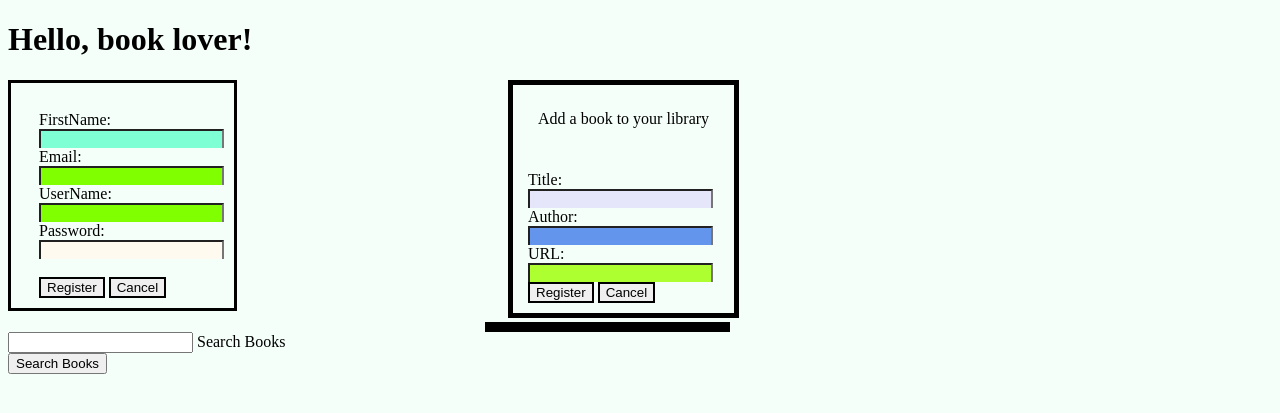
Repository: IuliaGusatu/cloudcomputingProjectSIMPREGusatuIulia
Page: environment/frontend/index.html
The author's editor kept a record of every edit. The page is drawn from the files as they stood at one moment, then again after the next edit.
The browser window is 1280 px wide. The pictures show the whole page.
The page's requests for data from a server got no answer.

Above is the page before.

### environment/frontend/index.html

<!DOCTYPE html>
<html style="background-color: mintcream;">
    <head>

        <title>BooksMania</title>
    </head>
    <body>
        <h1>Hello, book lover!</h1>
        <div style ="display: inline-block">
            <div style ="float: left; padding-left: 45px; border: 3px;border-color: black;border-style: solid;">
        <form style="margin: 10px;margin-left: -17px;">
  <input type="hidden" name="id" id="id" /><br />
  FirstName:<br />
  <input type="text" name="firstName" id="firstName" style="background-color: aquamarine;border-block-end-style: initial"/><br />
  Email:<br />
  <input type="text" name="email" id="email" style="border-block-end-style: initial;background-color: chartreuse;"><br/>
  UserName:<br />
  <input type="text" name="userName" id="userName" style="background-color: chartreuse;border-block-end-style: initial"><br/>
  Password:<br />
  <input type="text" name="password" id="password" style="background-color: floralwhite; border-block-end-style: initial"><br/>
  <br/>
  <input type="submit" value="Register" style="border-style: solid; border-color: black;" onSubmit="saveUsers()">
  <input type="reset" value="Cancel" style="border-style: solid; border-color: black;">
</form>
</div>
<div style ="float: right; margin-left:271px; border-color:black ; border-padding: 10px; border: 5px; border-style: solid;">
   <p style=" margin:25px">Add a book to your library</p>
  <form style=" margin-left: 15px;"onSubmit="saveBooks(event)">
  <input type="hidden" name="id" id="id" /><br />
  Title:<br />
  <input type="text" name="title" id="title"   style="background-color: lavender;border-block-end-style: initial"/><br />
  Author:<br />
  <input type="text" name="author" id="author" style="background-color: cornflowerblue; border-block-end-style: initial"><br/>
  URL:<br />
  <input type="text" name="url" id="url" style="background-color: greenyellow;border-block-end-style: initial"><br/>
  <input type="submit" value="Register" style=" margin-bottom: 10px;border-style: solid;border-color: black;">
  <input type="reset" value="Cancel"style="border-style: solid;border-color: black;">
</form>
</div>
</div>
<div   onSubmit ="showBooks()"id ="table"style="border-color:black ; border-padding: 10px; border: 5px; border-style: solid; margin-right: 542px; margin-left: 477px;">

</div>
<div style ="display: inline-block">
<div id="search" >
		<form id="myform">
			<div >
				<input type="search" id="books">
				<label for="search">Search Books</label>
			</div>
			<button >Search Books</button>
		</form>
	</div>
	<div id="result">

	</div>
</div>
<script src="https://unpkg.com/axios/dist/axios.min.js"></script>
 <script
    src="https://code.jquery.com/jquery-3.3.1.min.js"
    integrity="sha256-FgpCb/KJQlLNfOu91ta32o/NMZxltwRo8QtmkMRdAu8="
    crossorigin="anonymous"></script>

<script>

    $(document).ready(function() {
        console.log('Hello from JQuery')
        showBooks()
    })
function showBooks() {
    axios.get('/books').then(function(results) {

        let html = ` <table style="width:500px;">
                <tr>
                    <th style="padding:10px">ID</th>
                    <th style="padding:10px">Title</th>
                    <th style="padding:10px">Author</th>
                    <th style="padding:10px">URL</th>

                </tr>`

        results.data.forEach(function(element) {
            html += `<tr>
                        <td>${element.id}</td>
                        <td>${element.title}</td>
                        <td>${element.author}</td>
                        <td>${element.url}</td>
                        <td>
                            <button onClick="editBooks(${element.id})" onClick="editBooks">Edit</button>
                            <button onClick="deleteBooks(${element.id})" onClick="deleteBooks">Delete</button>
                        </td>
                    </tr>`
        })

        html += `</table>`

        $('#table').html(html)
    }).catch(function(error) {
        console.log(error)
    })
}
function saveBooks(event) {
    event.preventDefault()

    let id = $('#id').val()
    let title = $('#title').val()
    let author = $('#author').val()
    let url = $('#url').val()

    if(id) {
        //make a request to PUT /messages/:id
  axios.put('/books/'+id, {
    title: title,
    author: author,
    url: url
}).then(function(result) {
    showBooks()
    $(event.target).trigger("reset")
}).catch(function(err) {
    alert('Resource could not be saved')
})
    } else {
        //make a request to POST /messages
axios.post('/books', {
    title: title,
    author: author,
    url: url
}).then(function(result) {
    showBooks()
    $(event.target).trigger("reset")
}).catch(function(err) {
    alert('Resource could not be saved')
})
    }

}

 function editBooks(id) {
    //get the values from the server
    axios.get('/books/'+id).then(function(result) {
        //display values in the form
        $('#id').val(result.data.id)
        $('#title').val(result.data.title)
        $('#author').val(result.data.author)
        $('#url').val(result.data.url)
    }).catch(function(err) {
        console.log(err)
        alert('Could not find resource')
    })
}

function deleteBooks(id) {
    axios.delete('/books/'+id).then(function(result) {
        showBooks()
    }).catch(function(err) {
        alert('Resource could not delete resource')
    })
}
function saveUsers(event) {
    event.preventDefault()

    let id = $('#id').val()
    let firstName = $('#firstName').val()
    let email = $('#email').val()
    let userName = $('#userName').val()
    let password = $('#password').val()
    if(id) {
        //make a request to PUT /messages/:id
  axios.put('/users/'+id, {
    firstName: firstName,
    email: email,
    userName: userName,
    password: password
}).then(function(result) {

    $(event.target).trigger("reset")
}).catch(function(err) {
    alert('Resource could not be saved')
})
    } else {
        //make a request to POST /messages
axios.post('/users', {
    firstName: firstName,
    email: email,
    userName: userName,
    password: password
}).then(function(result) {

    $(event.target).trigger("reset")
}).catch(function(err) {
    alert('Resource could not be saved')
})
    }

}


$(document).ready(function(){

   $("#myform").submit(function(){

   	  var search = $("#books").val();
   	  if(search == "")
   	  {
   	  	alert("Please enter something in the field");
   	  }
   	  else{
   	  var url = "";
   	  var img = "";
      var title = "";
      var author = "";

   	  $.get("https://www.googleapis.com/books/v1/volumes?q=" + search,function(response){

          for(i=0;i<response.items.length;i++)
          {
           title=$('<h5 >' + response.items[i].volumeInfo.title + '</h5>');
           author=$('<h5 > By:' + response.items[i].volumeInfo.authors + '</h5>');
           img = $('<img ><br><a href=' + response.items[i].volumeInfo.infoLink + '><button id="imagebutton" >Read More</button></a>');
           url= response.items[i].volumeInfo.imageLinks.thumbnail;
           img.attr('src', url);
           title.appendTo('#result');
           author.appendTo('#result');
           img.appendTo('#result');
          }
   	  });

      }
      return false;
   });

});

</script>


    </body>
</html>

After the next edit:
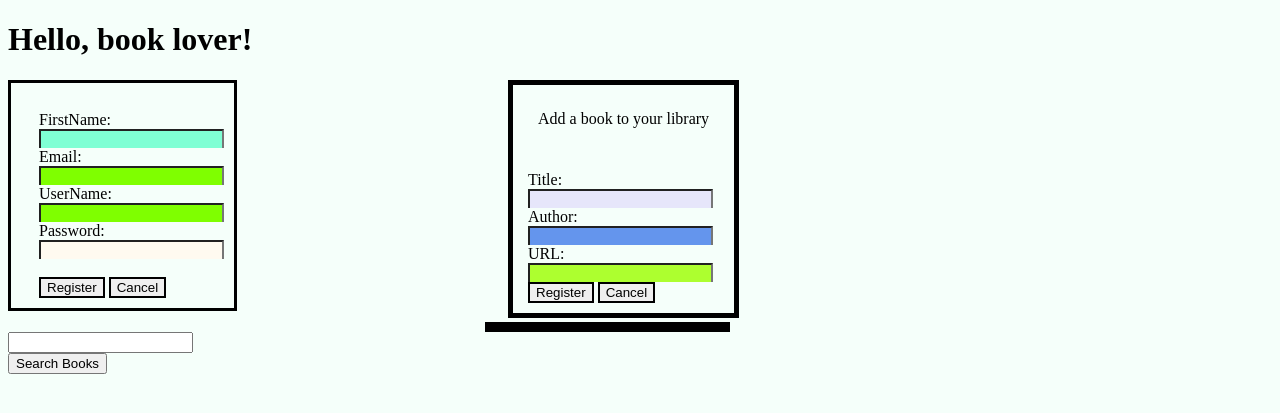
The edit:
--- a/environment/frontend/index.html
+++ b/environment/frontend/index.html
@@ -47,7 +47,7 @@
 		<form id="myform">
 			<div >
 				<input type="search" id="books">
-				<label for="search">Search Books</label>
+
 			</div>
 			<button >Search Books</button>
 		</form>
